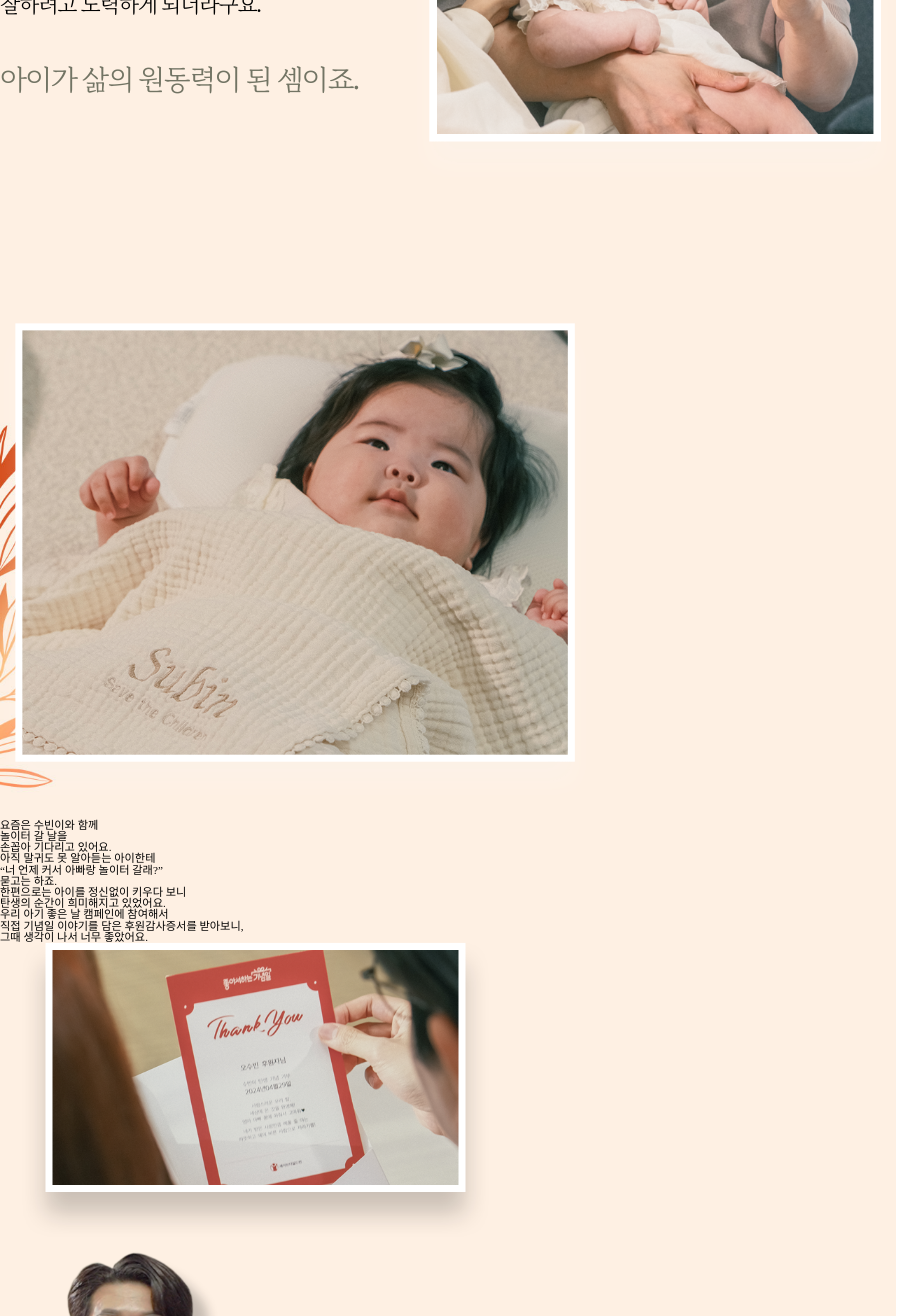
Repository: dlgywls1130/saveTheChildren
Page: index.html
The author's editor kept a copy of each file at every save. The page is drawn from the files as they stood at one save, then again after the next save.
The browser window is 1280 px wide. The page is 1293 px wide, so the pictures cover 1293 px, including what lies to the right of the window. The pictures show the part of the page from y = 4620 to 6500 px (the page is 10918 px tall before and 10761 px after), at 70% of full size.
Some web fonts or font styles are not loaded; a fallback is used. The style sheet was rebuilt from its Sass, Less or Tailwind sources for each picture, by a compiler version that may differ from the author's.

Above is the page before, as saved 2024-11-01 22:44:20.

After the next save:
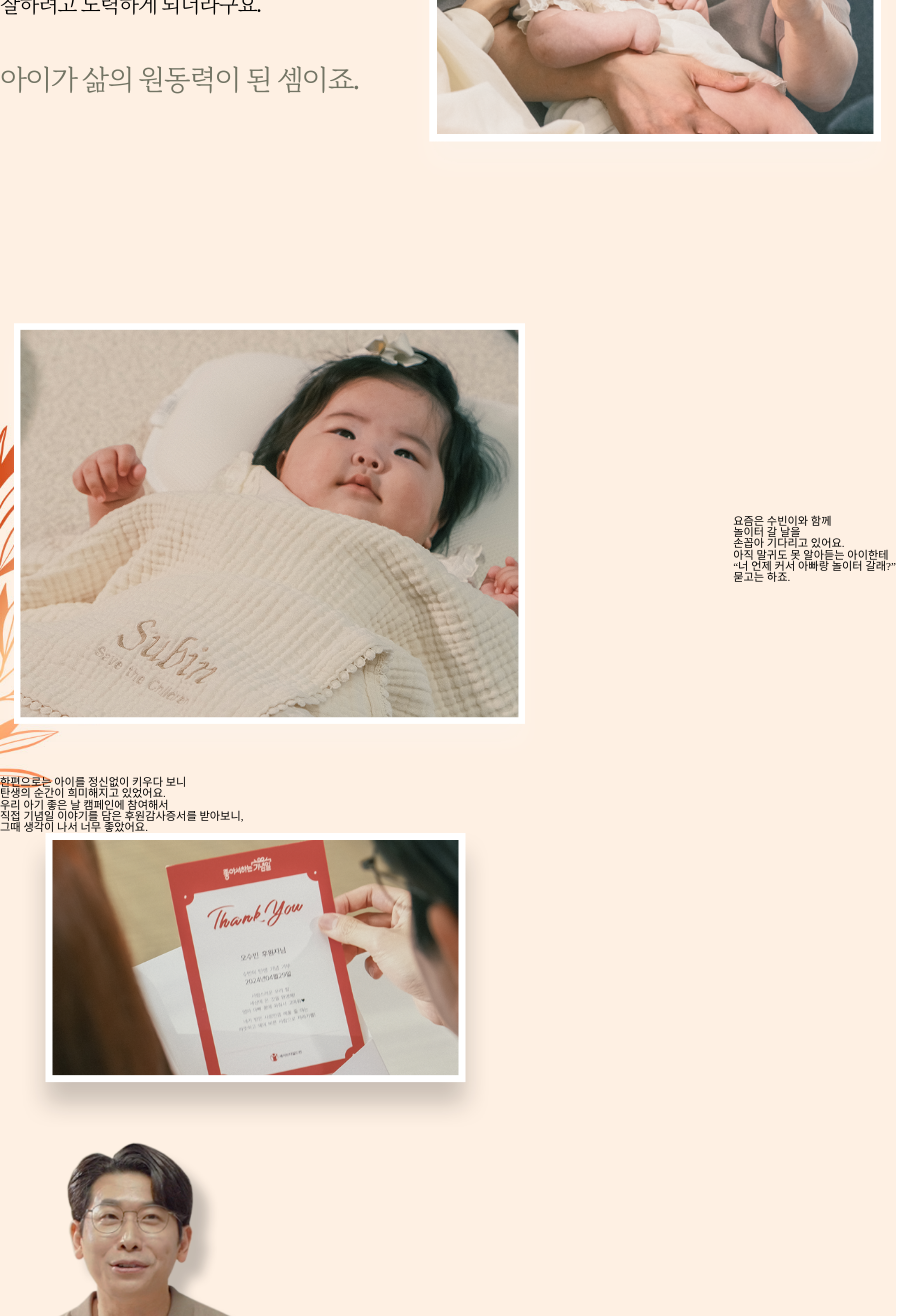
Saved 3 min 11 s later.
--- a/css/common.scss
+++ b/css/common.scss
@@ -553,5 +553,33 @@ $sides: (
                 }
             }
         }
-    }
-}
+
+        .story_04{
+            .story04_01{
+                display: flex;
+                align-items: center;
+                justify-content: space-between;
+
+                .story_image{
+                    width: 800px;
+                    height: auto;
+
+                    img{
+                        width: 100%;
+                        height: 100%;
+                    }
+
+                    .story_text-contain{
+                        .story_text_01{
+                            text-align: right;
+                            line-height: 55px;
+                            letter-spacing: -0.06em;
+                            color: map-get($colors, 'olive' );
+                            @include font('maru', 40px, map-get($font-weights, 'regular'));
+                        }
+                    }
+                }
+            }
+        }
+    }
+}
